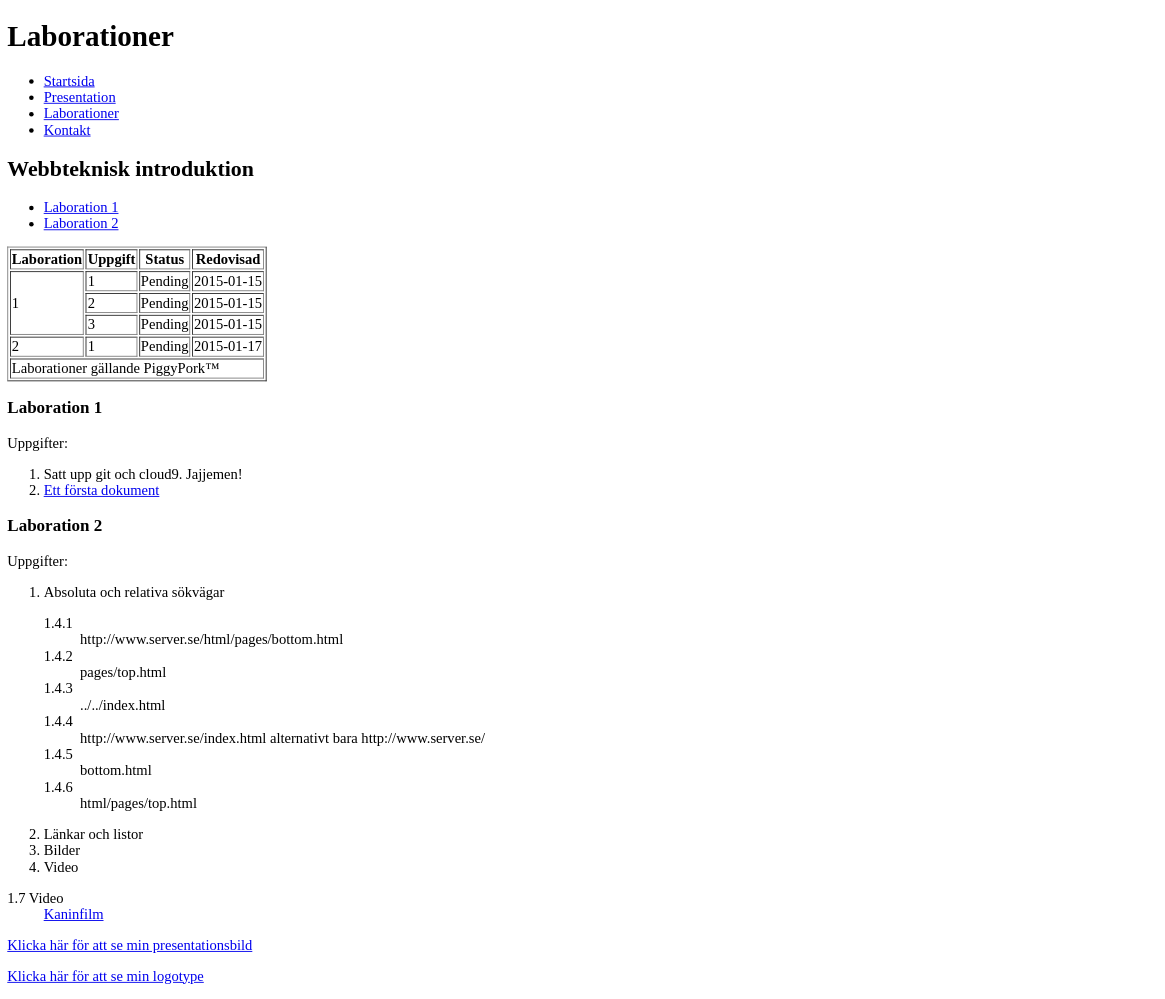
Repository: henriklideberg/labs
Page: pages/laborationer.html
The author's editor kept a record of every edit. The page is drawn from the files as they stood at one moment, then again after the next edit.
The browser window is 1280 px wide. The pictures show the whole page, at 91% of full size.

Above is the page before.

After the next edit:
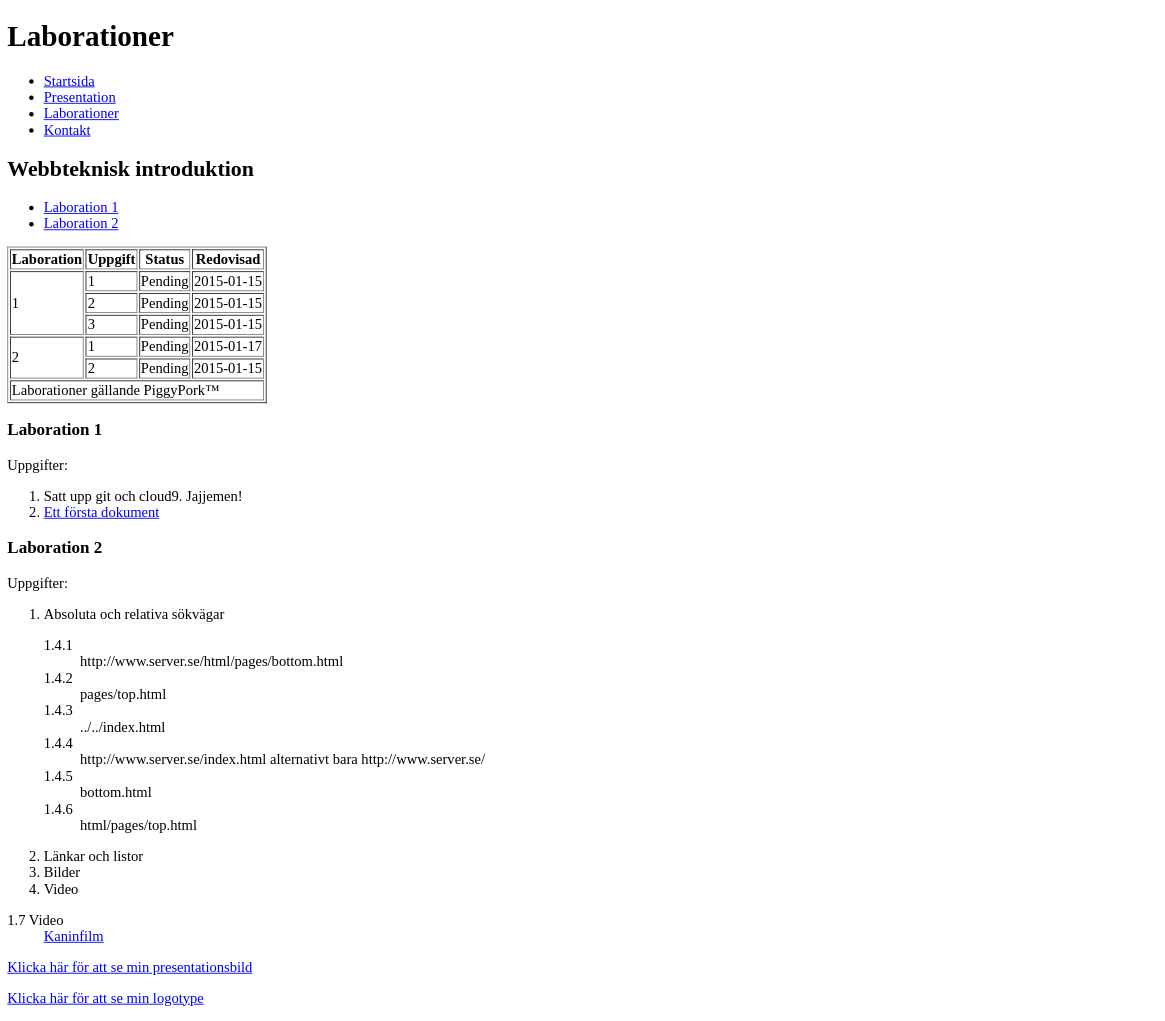
The edit:
--- a/pages/laborationer.html
+++ b/pages/laborationer.html
@@ -56,6 +56,11 @@
                     <td>Pending</td>
                     <td>2015-01-17</td>
                 </tr>
+                <tr>
+                    <td>2</td>
+                    <td>Pending</td>
+                    <td>2015-01-15</td>
+                </tr>
             </tbody>
         </table>
 
